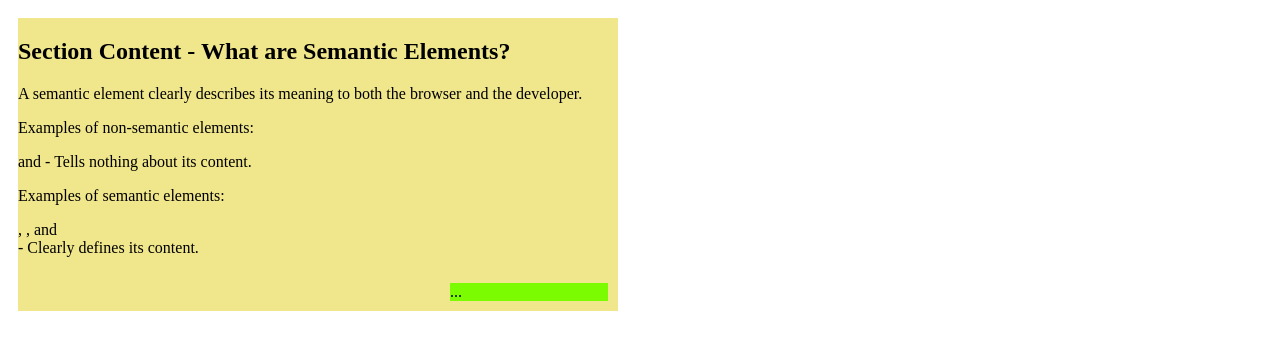
Repository: bjnabs/mws-workshop01
Page: index.html
The author's editor kept a copy of each file at every save. The page is drawn from the files as they stood at one save, then again after the next save.
The browser window is 1280 px wide. The pictures show the whole page.

Above is the page before, as saved 2020-07-04 09:49:37.

### index.html
<!DOCTYPE html>
<html lang="en">
<header>
        <meta http-equiv="Content-Type" content="text/html; charset=utf-8" />
        <title>MWS Responsive Web Design</title>
        <link href="http://fonts.googleapis.com/css?family=Source+Sans+Pro:200,300,400,600,700,900|Varela+Round" rel="stylesheet" />
        <link href="css/mobile-first.css" rel="stylesheet" />
</header>
<body>
    <div class="container">
        <section>
                <h1>Section Content - What are Semantic Elements?</h1>
                <p>A semantic element clearly describes its meaning to both the browser and the developer.</p>
                <p>Examples of non-semantic elements: <div> and <span> - Tells nothing about its content.</p>
                <p>Examples of semantic elements: <form>, <table>, and <article> - Clearly defines its content.</p>

        </section>
        <aside> ...    </aside>
      </div>
</body>
</html>

### css/mobile-first.css

.container {
  width: 1190px;
}
section,
aside {
  margin: 10px;
}
section {
  float: left;
  width: 600px;
  background-color: khaki;
}
aside {
  float: right;
  width: 158px;
  background-color: lawngreen;



/* Responsive layout - makes the three columns stack on top of each other instead of next to each other */
@media screen and (max-width: 996px) {
  [class*="col-"] {
       width: 100%;
   }
  .img-large,
  .img-small {
    height: 850px;
    max-width: 100%;
  }

 .container {
   width: 100%;
   padding: 0 2%
 }

.header,
.social,
.logo h1 {
  position: inherit;
}
.logo h1 {
  left: 12%
 }
.logo p {
  visibility: hidden;
}
.menu a {
  padding: 0px 10px;
  line-height: 25px
}
}

After the next save:
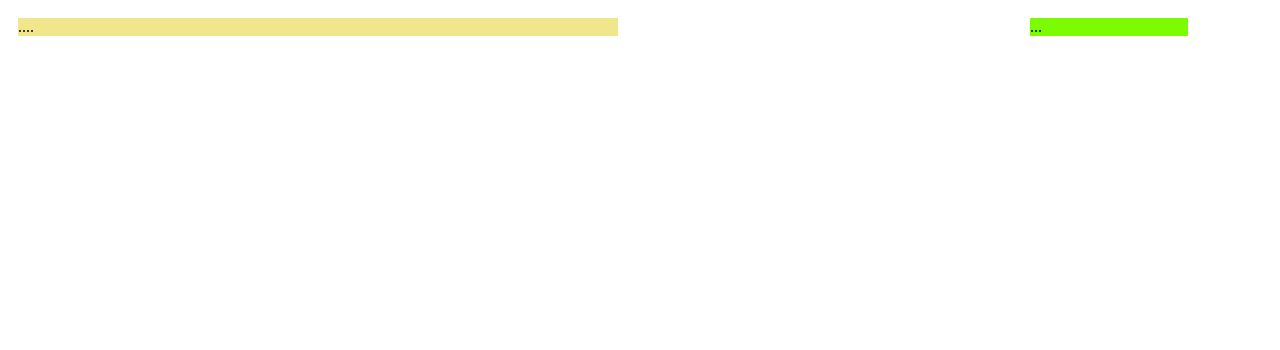
Saved 28 s later.
--- a/index.html
+++ b/index.html
@@ -9,11 +9,7 @@
 <body>
     <div class="container">
         <section>
-                <h1>Section Content - What are Semantic Elements?</h1>
-                <p>A semantic element clearly describes its meaning to both the browser and the developer.</p>
-                <p>Examples of non-semantic elements: <div> and <span> - Tells nothing about its content.</p>
-                <p>Examples of semantic elements: <form>, <table>, and <article> - Clearly defines its content.</p>
-
+                ....
         </section>
         <aside> ...    </aside>
       </div>
